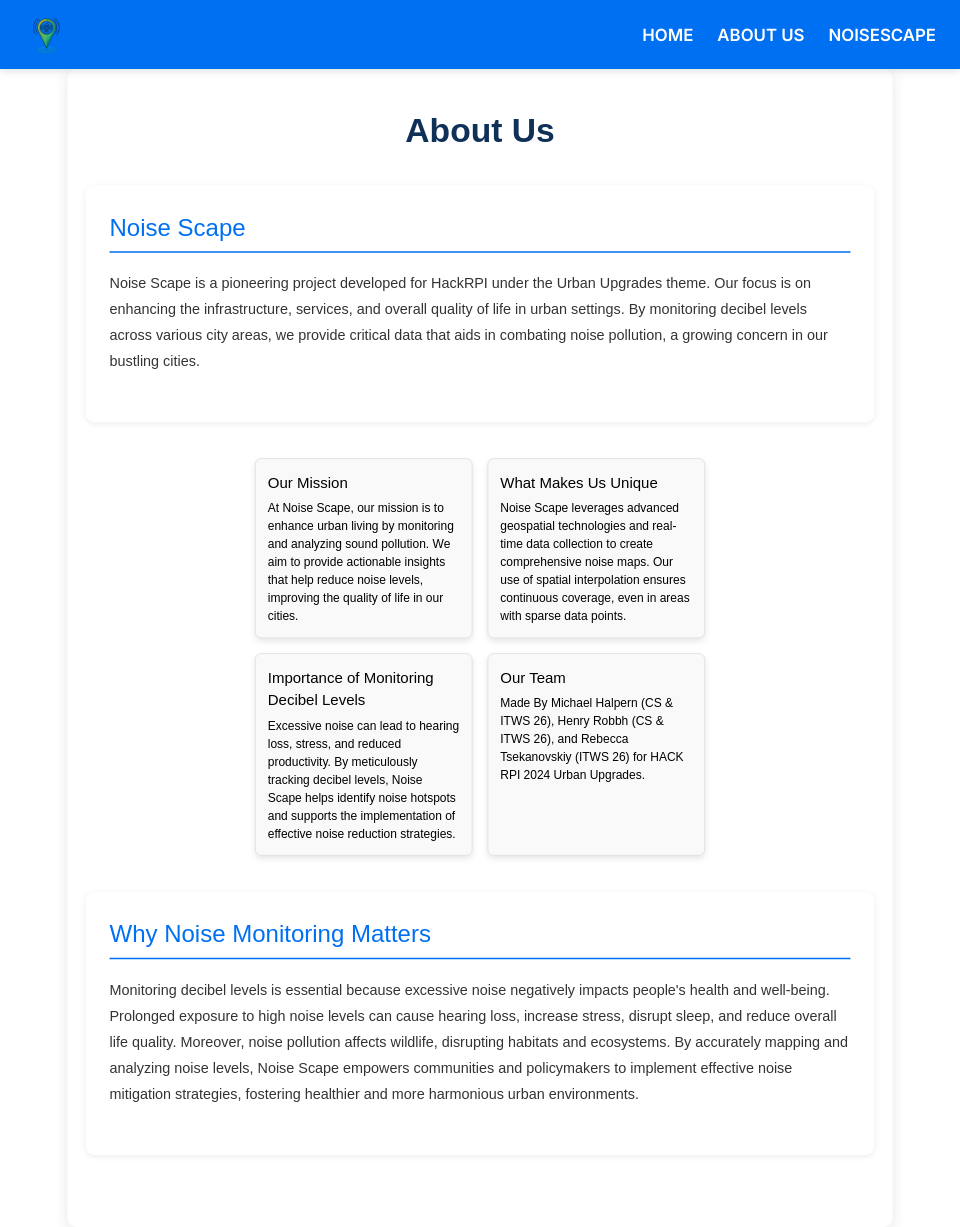
Repository: michaelhelper/HackRPI24
Page: /aboutUs (app in nextjs-dashboard/)
These files come from the project's save history. The page is drawn as it stood at one moment and after the next save; the edit follows.
The browser window is 1280 px wide. The pictures show the whole page, at 75% of full size.
Some web fonts or font styles are not loaded; a fallback is used. The project was rebuilt for these pictures with package versions that can differ from the ones it lists, and the page was loaded fresh each time. The framework's server and built-in components were replaced by stand-ins that run in the browser. Also part of the build but not shown: nextjs-dashboard/next.config.ts.

Above is the page before, as saved 2024-11-10 10:21:00.

### nextjs-dashboard/app/aboutUs/page.tsx
// app/about-us/page.tsx

import React from 'react';
import Navbar from '../nav'; // Adjust the path if necessary
import AboutUs from '../aboutus'; // Adjust the path if necessary

const AboutUsPage: React.FC = () => {
  return (
    <div>
      <Navbar />
      <main>
        <AboutUs />
      </main>
    </div>
  );
};

export default AboutUsPage;

### nextjs-dashboard/app/nav.tsx
// src/components/Navbar.tsx

import React from 'react';
import Link from 'next/link';
import Logo from './logo'; // Ensure the path is correct
import styles from './navbar.module.css'; // Import the CSS module

const Navbar: React.FC = () => {
  return (
    <nav className={styles.navbar}>
      <div className={styles.logoContainer}>
        <Logo />
      </div>
      <ul className={styles.navLinks}>
        <li className={styles.navItem}>
          <Link href="/" className={styles.navLink}>
            HOME
          </Link>
        </li>
        <li className={styles.navItem}>
          <Link href="/aboutUs" className={styles.navLink}>
            ABOUT US
          </Link>
        </li>
        <li className={styles.navItem}>
          <Link href="/noiseScape" className={styles.navLink}>
            NOISESCAPE
          </Link>
        </li>
      </ul>
    </nav>
  );
};

export default Navbar;

### nextjs-dashboard/app/aboutus.tsx
// src/components/AboutUs.tsx

import React from 'react';
import styles from './AboutUs.module.css';
import DataCards from './DataCards';

const AboutUs: React.FC = () => {
  // Define your cards data based on the answers to the questions
  const cards = [
    {
      title: 'Our Mission',
      content:
        'At Noise Scape, our mission is to enhance urban living by monitoring and analyzing sound pollution. We aim to provide actionable insights that help reduce noise levels, improving the quality of life in our cities.',
    },
    {
      title: 'What Makes Us Unique',
      content:
        'Noise Scape leverages advanced geospatial technologies and real-time data collection to create comprehensive noise maps. Our use of spatial interpolation ensures continuous coverage, even in areas with sparse data points.',
    },
    {
      title: 'Importance of Monitoring Decibel Levels',
      content:
        'Excessive noise can lead to hearing loss, stress, and reduced productivity. By meticulously tracking decibel levels, Noise Scape helps identify noise hotspots and supports the implementation of effective noise reduction strategies.',
    },
    {
      title: 'Our Team',
      content:
        'Made By Michael Halpern (CS & ITWS 26), Henry Robbh (CS & ITWS 26), and Rebecca Tsekanovskiy (ITWS 26) for HACK RPI 2024 Urban Upgrades.'

    }

  ];

  return (
    <div className={styles.container}>
      <h1 className={styles.title}>About Us</h1>

      <section className={styles.section}>
        <h2 className={styles.subtitle}>Noise Scape</h2>
        <p className={styles.text}>
          Noise Scape is a pioneering project developed for HackRPI under the Urban Upgrades theme. Our focus is on enhancing the infrastructure, services, and overall quality of life in urban settings. By monitoring decibel levels across various city areas, we provide critical data that aids in combating noise pollution, a growing concern in our bustling cities.
        </p>
      </section>

      {/* Interactive Data Cards */}
      <section className={styles.cardsSection}>
        <DataCards cards={cards} />
      </section>

      <section className={styles.section}>
        <h2 className={styles.subtitle}>Why Noise Monitoring Matters</h2>
        <p className={styles.text}>
          Monitoring decibel levels is essential because excessive noise negatively impacts people's health and well-being. Prolonged exposure to high noise levels can cause hearing loss, increase stress, disrupt sleep, and reduce overall life quality. Moreover, noise pollution affects wildlife, disrupting habitats and ecosystems. By accurately mapping and analyzing noise levels, Noise Scape empowers communities and policymakers to implement effective noise mitigation strategies, fostering healthier and more harmonious urban environments.
        </p>
      </section>


    </div>
  );
};

export default AboutUs;

### nextjs-dashboard/app/logo.tsx
// components/Logo.tsx
import React from 'react';
import Image from 'next/image';
import logoImage from '../public/noiseScapeLogoTransparent.png';

const Logo: React.FC = () => {
  return (
      <Image src={logoImage} alt="Logo" style={styles.logoImage} />
  );
};

// Basic inline styles for the logo
const styles = {
  logoImage: {
    width: '60px',
    height: '60px',
    borderRadius: '50%',
  },
};

export default Logo;

### nextjs-dashboard/app/navbar.module.css
/* Navbar.module.css */

.navbar {
    display: flex;
    justify-content: space-between;
    align-items: center;
    padding: 1rem 2rem;
    background-color: #0070f3; /* Deep vibrant blue for visual impact */
    color: #ffffff;
    position: sticky;
    top: 0;
    z-index: 10;
    box-shadow: 0 4px 10px rgba(0, 0, 0, 0.1);
  }

  /* Logo container to position the logo in the navbar */
  .logoContainer {
    flex-grow: 1;
  }

  .logo {
    color: #ffffff;
    font-size: 1.8rem;
    font-weight: bold;
    cursor: pointer;
    text-decoration: none;
    transition: transform 0.3s;
  }

  .logo:hover {
    transform: scale(1.05);
  }

  /* Styling for the navigation links */
  .navLinks {
    display: flex;
    list-style-type: none;
    margin: 0;
    padding: 0;
  }

  /* Each item in the navigation */
  .navItem {
    margin-left: 2rem; /* Add spacing between items for better readability */
  }

  /* Styling for individual navigation links */
  .navLink {
    color: #ffffff;
    text-decoration: none;
    font-weight: 600;
    font-size: 1.4rem;
    transition: color 0.3s ease-in-out, transform 0.3s ease-in-out;
  }

  /* Link hover effect for better interactivity */
  .navLink:hover {
    color: black; /* Bright yellow to highlight links on hover */
    transform: translateY(-2px);
  }

  /* Responsive navbar for mobile view */
  .hamburger {
    display: none;
    flex-direction: column;
    cursor: pointer;
  }

  .hamburger span {
    background: #ffffff;
    height: 3px;
    width: 25px;
    margin: 3px 0;
    transition: all 0.3s ease;
  }

  /* Mobile Menu styles */
  .mobileMenu {
    display: none;
    position: absolute;
    top: 100%;
    right: 0;
    width: 100%;
    background-color: #0070f3;
    box-shadow: 0 8px 16px rgba(0, 0, 0, 0.15);
    padding: 1rem;
  }

  .mobileMenu.active {
    display: flex;
    flex-direction: column;
    align-items: center;
  }

  .navLinks.mobile {
    flex-direction: column;
    width: 100%;
  }

  .navItem.mobile {
    margin: 1rem 0;
  }

  @media (max-width: 768px) {
    .navLinks {
      display: none;
    }

    .hamburger {
      display: flex;
    }

    .mobileMenu {
      display: none; /* Hidden by default, triggered by JS */
    }

    .navItem {
      margin-left: 0;
    }
  }

### nextjs-dashboard/app/AboutUs.module.css
/* General container for the page */
.container {
    max-width: 1100px;
    width: 90%;
    margin: 0 auto;
    padding: 3rem 1.5rem;
    background-color: #ffffff;
    border-radius: 12px;
    font-family: 'Arial', sans-serif;
    box-shadow: 0 4px 20px rgba(0, 0, 0, 0.1);
  }

  /* Main title of the page */
  .title {
    font-size: 2.8rem;
    text-align: center;
    color: #0f3057;  /* Deep blue for a professional look */
    margin-bottom: 2.5rem;
    font-weight: 700;
  }

  /* Each main section container */
  .section {
    margin-bottom: 3rem;
    padding: 2rem;
    background-color: #ffffff;
    border-radius: 12px;
    box-shadow: 0 2px 8px rgba(0, 0, 0, 0.08);
    transition: transform 0.3s ease-in-out;
  }

  .section:hover {
    transform: scale(1.02);
  }

  /* Subtitle of each section */
  .subtitle {
    font-size: 2rem;
    color: #0070f3; /* Use of a vibrant color for emphasis */
    margin-bottom: 1.5rem;
    text-align: left;
    border-bottom: 2px solid #0070f3;
    padding-bottom: 0.5rem;
  }

  /* General text styling for the paragraphs */
  .text {
    font-size: 1.2rem;
    line-height: 1.8;
    color: #333;
    margin-bottom: 2rem;
  }

  /* Cards section container styling */
  .cardsSection {
    width: 100%;
    margin: 3rem auto;
  }

  /* Specific styling for the cards container */
  .card {
    width: 90%;
    max-width: 320px;
    margin: 1rem auto;
    padding: 2rem;
    background-color: #f7f9fc; /* Light blueish background for better contrast */
    border-radius: 12px;
    box-shadow: 0 6px 15px rgba(0, 0, 0, 0.1);
    transition: box-shadow 0.3s ease, transform 0.3s ease;
    text-align: center;
  }

  .card:hover {
    box-shadow: 0 8px 20px rgba(0, 0, 0, 0.15);
    transform: translateY(-5px);
  }

  .cardTitle {
    font-size: 1.6rem;
    color: #0f3057;
    margin-bottom: 1rem;
    font-weight: 600;
  }

  .cardContent {
    font-size: 1.1rem;
    color: #555;
    line-height: 1.6;
  }

  /* Button styling for navigation */
  .shuffleButton {
    margin-top: 2rem;
    padding: 0.75rem 1.75rem;
    font-size: 1.1rem;
    background-color: #0070f3;
    color: #ffffff;
    border: none;
    border-radius: 8px;
    cursor: pointer;
    transition: background-color 0.3s ease, box-shadow 0.3s ease;
    box-shadow: 0 4px 10px rgba(0, 112, 243, 0.4);
  }

  .shuffleButton:hover {
    background-color: #005bb5;
    box-shadow: 0 6px 15px rgba(0, 91, 181, 0.5);
  }

  /* Callout for Important Details */
  .highlight {
    background-color: #0070f3;
    color: #ffffff;
    padding: 0.2rem 0.5rem;
    border-radius: 4px;
  }

  /* Decorative Divider */
  .divider {
    margin: 3rem 0;
    height: 2px;
    width: 100%;
    background: linear-gradient(to right, #0070f3, #ffffff);
    border: none;
  }

### nextjs-dashboard/app/DataCards.tsx
"use client";

import React from 'react';
import styles from './DataCards.module.css';

interface Card {
  title: string;
  content: string;
}

interface DataCardsProps {
  cards: Card[];
}

const DataCards: React.FC<DataCardsProps> = ({ cards }) => {
  return (
    <div className={styles.gridContainer}>
      {cards.map((card, index) => (
        <div key={index} className={styles.card}>
          <h3 className={styles.cardTitle}>{card.title}</h3>
          <p className={styles.cardContent}>{card.content}</p>
        </div>
      ))}
    </div>
  );
};

export default DataCards;

### nextjs-dashboard/app/DataCards.module.css
.container {
  display: flex;
  justify-content: center;
  align-items: center;
}

.gridContainer {
  display: grid;
  grid-template-columns: repeat(2, 1fr);
  gap: 20px;
  max-width: 600px;
  margin: auto;
}

.card {
  background-color: #f9f9f9;
  border: 1px solid #ddd;
  border-radius: 8px;
  padding: 16px;
  box-shadow: 0 4px 8px rgba(0, 0, 0, 0.1);
}

.cardTitle {
  font-size: 1.25em;
  margin-bottom: 8px;
}

.cardContent {
  font-size: 1em;
}

Loaded but not shown: nextjs-dashboard/app/layout.tsx (common file); nextjs-dashboard/app/ui/global.css (common file); nextjs-dashboard/app/ui/fonts.ts (common file); nextjs-dashboard/tailwind.config.ts (common file)

After the next save:
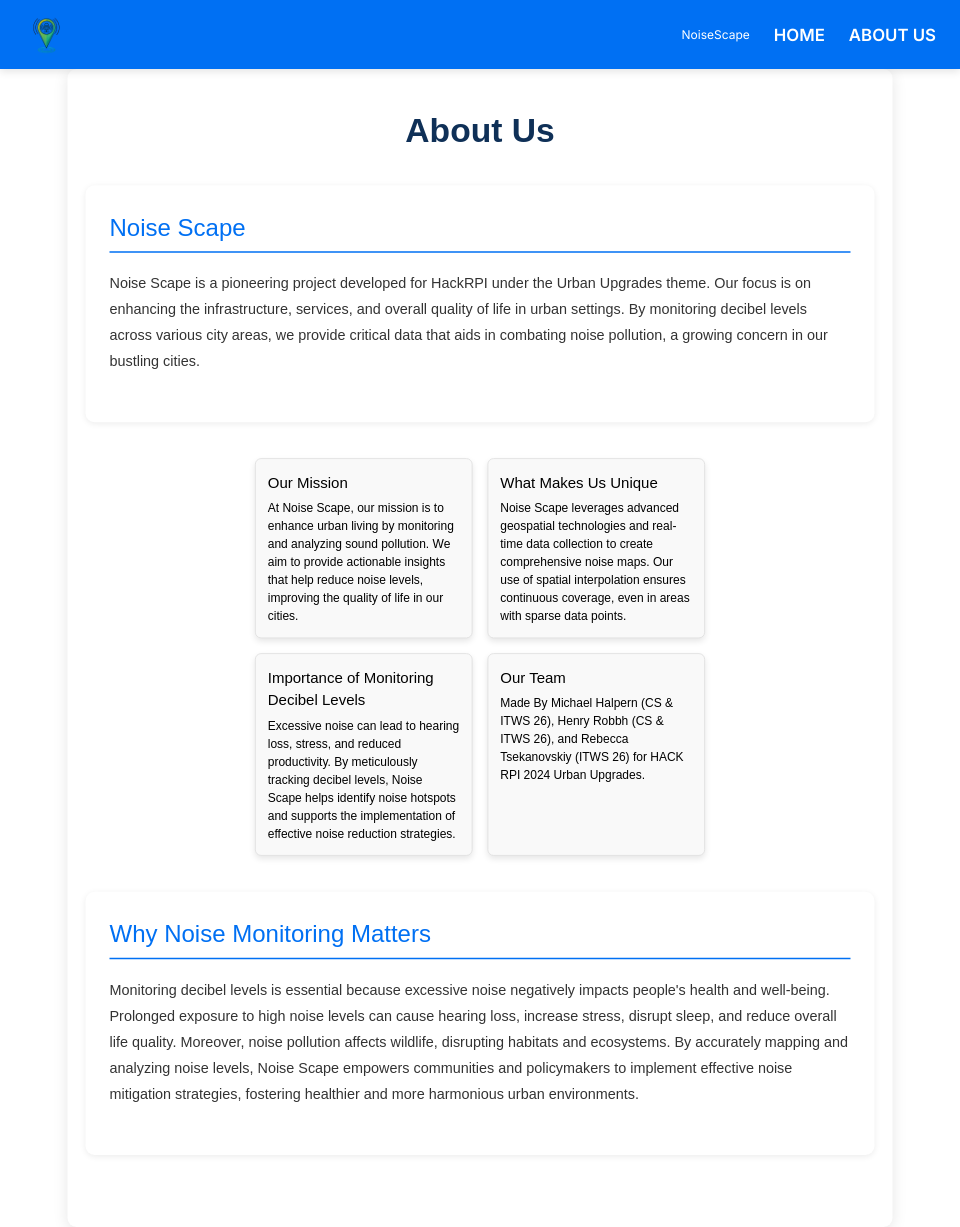
Saved 35 s later.
--- a/nextjs-dashboard/app/nav.tsx
+++ b/nextjs-dashboard/app/nav.tsx
@@ -11,6 +11,9 @@ const Navbar: React.FC = () => {
       <div className={styles.logoContainer}>
         <Logo />
       </div>
+      <div className={styles.titleContainer}>
+        <h1 className={styles.projectTitle}>NoiseScape</h1>
+      </div>
       <ul className={styles.navLinks}>
         <li className={styles.navItem}>
           <Link href="/" className={styles.navLink}>
@@ -22,11 +25,6 @@ const Navbar: React.FC = () => {
             ABOUT US
           </Link>
         </li>
-        <li className={styles.navItem}>
-          <Link href="/noiseScape" className={styles.navLink}>
-            NOISESCAPE
-          </Link>
-        </li>
       </ul>
     </nav>
   );
